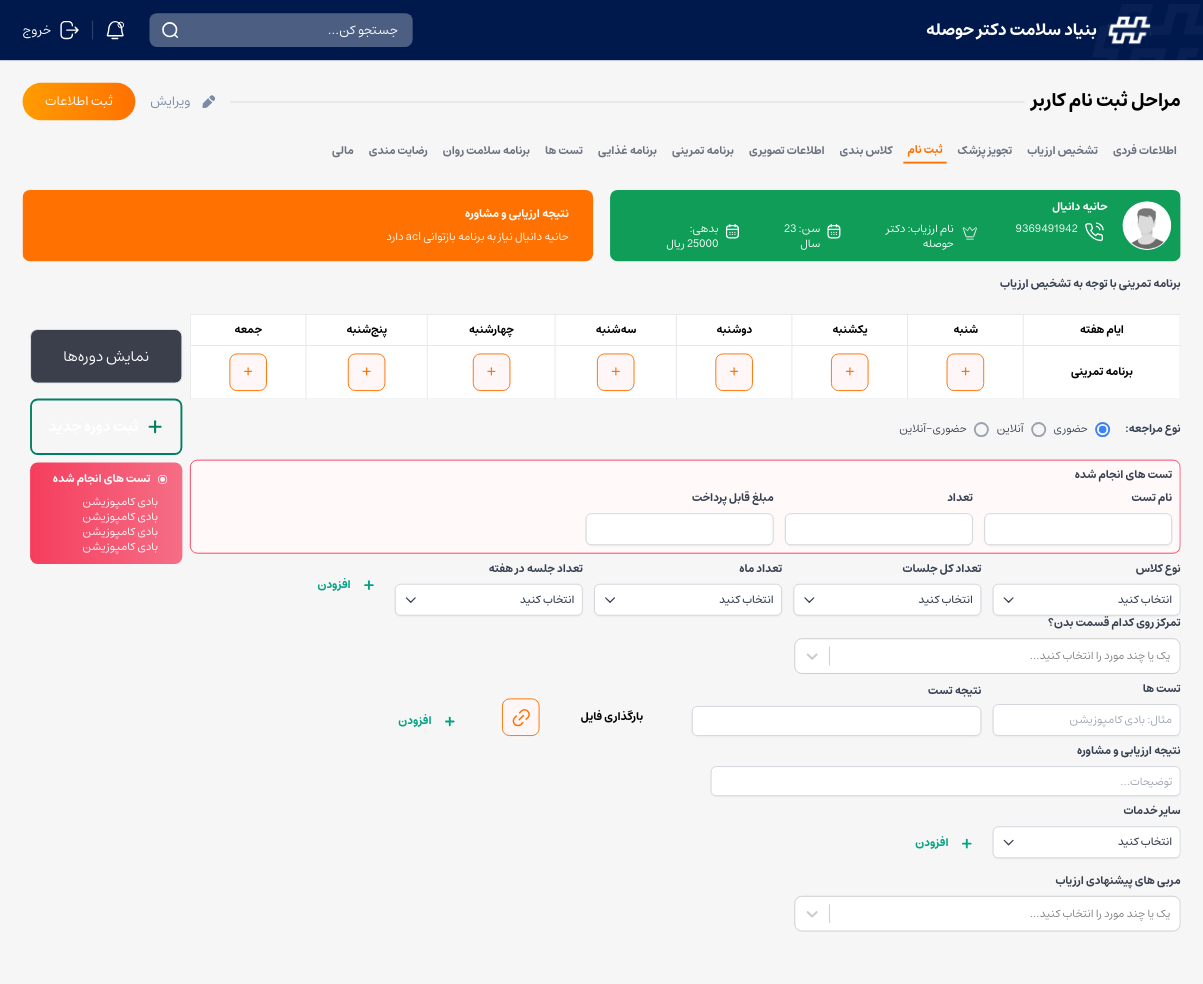
Repository: mirnajafi/ERP_hoseleh_V1.0
Page: /register, after clicking the first element matching `div.flex > :nth-child(4)`
These files come from the project's save history. The page is drawn as it stood at one moment and after the next save; the edit follows.
The browser window is 1280 px wide. The pictures show the whole page, at 94% of full size.
Some web fonts or font styles are not loaded; a fallback is used. The project was rebuilt for these pictures with package versions that can differ from the ones it lists, and the page was loaded fresh each time. The framework's server and built-in components were replaced by stand-ins that run in the browser. Also part of the build but not shown: next.config.mjs, src/components/icons/trash.tsx, src/components/weekTable/weekTable.css, src/components/icons/copy.tsx, src/components/recognitionEvaluator/recognitionEvaluator.tsx.

Above is the page before, as saved 2025-02-28 23:52:31.

After the next save:
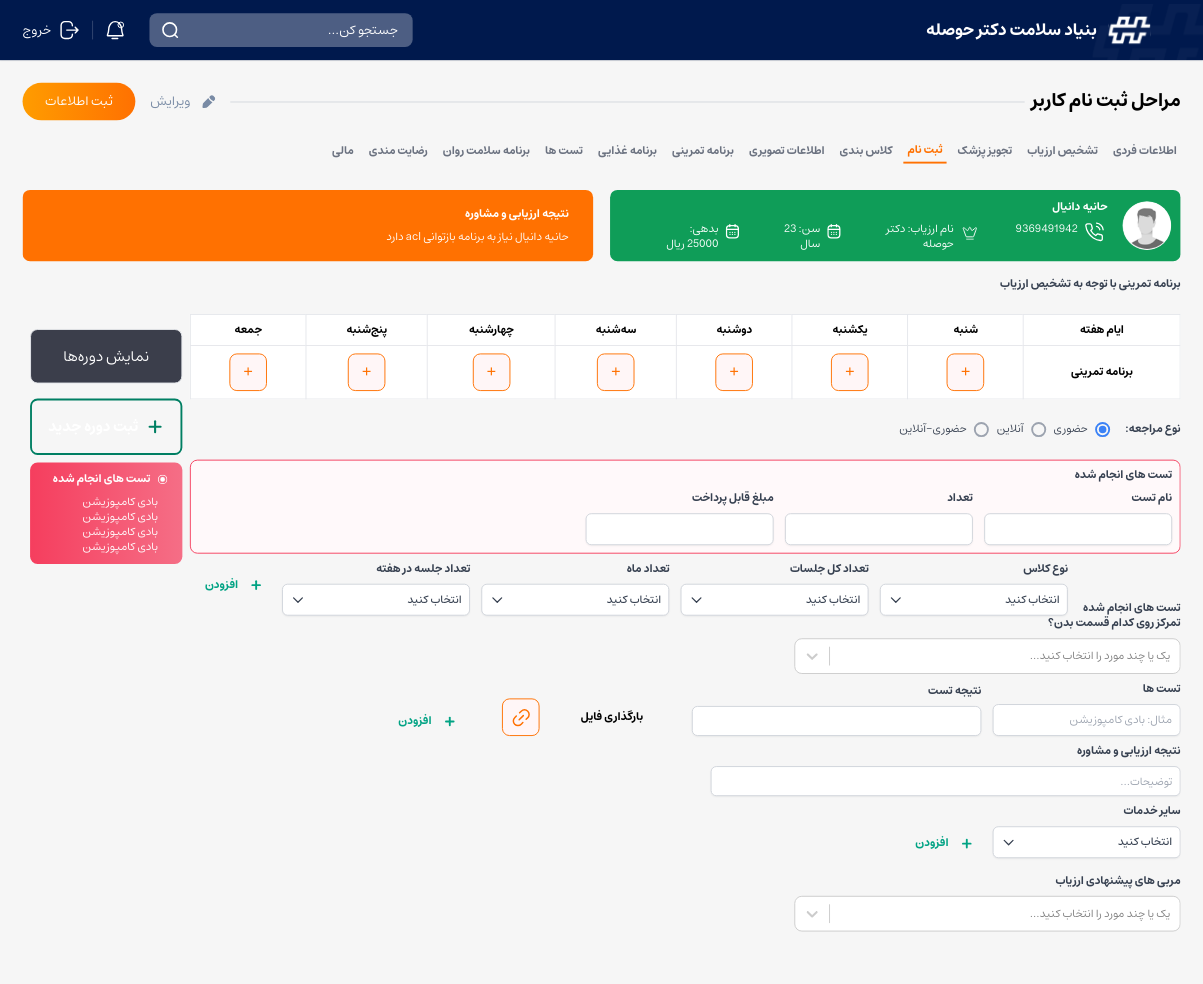
Saved 30 s later.
--- a/src/components/registration/registration.tsx
+++ b/src/components/registration/registration.tsx
@@ -111,6 +111,8 @@ const Registration = () => {
                     </div>
 
                     <div className="flex flex-col xl:flex-row w-full xl:items-end xl:justify-right ">
+                    <label className="text-xs font-bold text-gray-700 ml-4">تست های انجام شده</label>
+
                         <Dropdown
                             label="نوع کلاس"
                             options={["گزینه 1", "گزینه 2", "گزینه 3"]}
